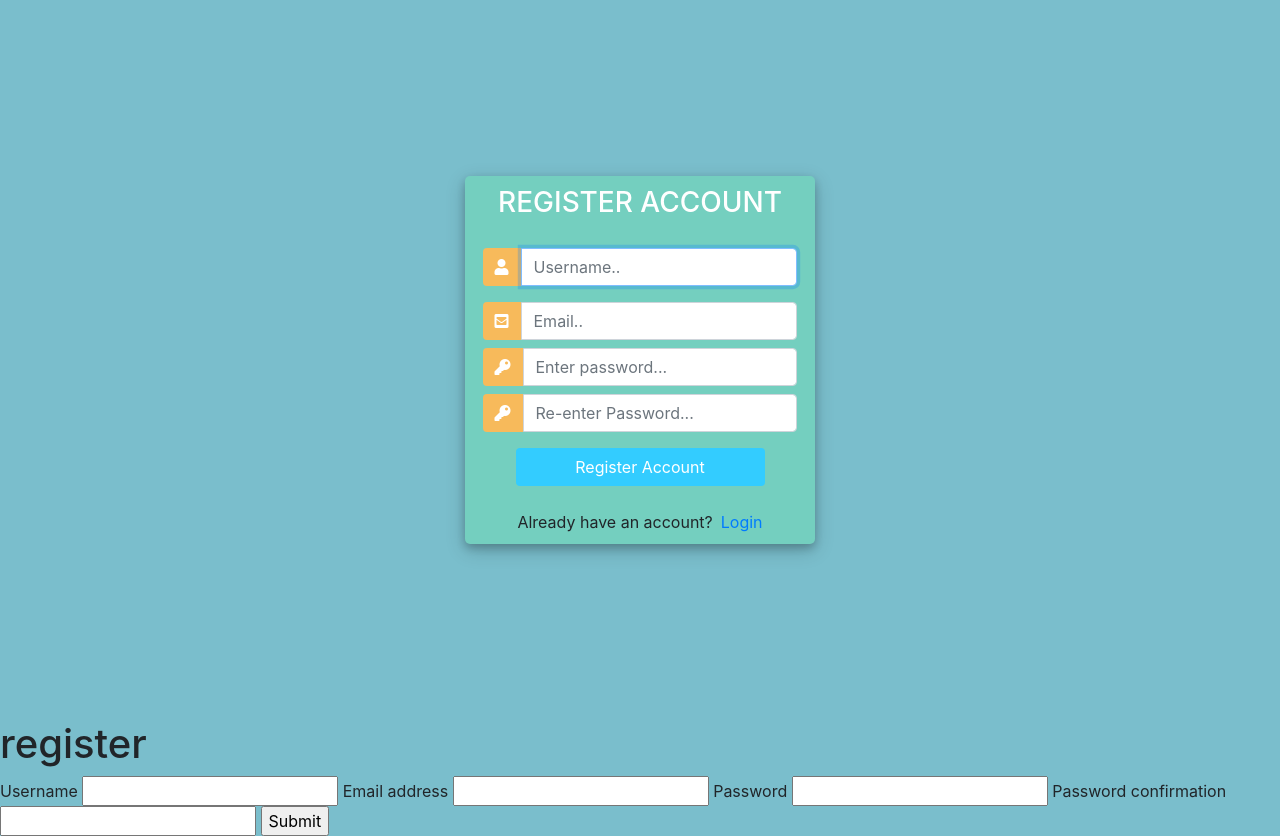
Repository: Abdaljawad-Aya/login-register-auth-validation-Django
Page: http://localhost/register/
These files come from the project's save history. The page is drawn as it stood at one moment and after the next save; the edit follows.
The browser window is 1280 px wide. The pictures show the whole page.
Some web libraries are served in a nearby version. The page is served by the project's application, run on Django 3.2 (project8/manage.py). Other server files are loaded and not shown.

Above is the page before, as saved 2021-03-11 22:17:31.

### project8/project8/templates/register.html
<!DOCTYPE html>
<html>

<head>
	<title>Login</title>
	<link rel="stylesheet" href="https://stackpath.bootstrapcdn.com/bootstrap/4.1.3/css/bootstrap.min.css" integrity="sha384-MCw98/SFnGE8fJT3GXwEOngsV7Zt27NXFoaoApmYm81iuXoPkFOJwJ8ERdknLPMO" crossorigin="anonymous">
	<script src="https://ajax.googleapis.com/ajax/libs/jquery/3.3.1/jquery.min.js"></script>
	<link rel="stylesheet" href="https://use.fontawesome.com/releases/v5.6.1/css/all.css" integrity="sha384-gfdkjb5BdAXd+lj+gudLWI+BXq4IuLW5IT+brZEZsLFm++aCMlF1V92rMkPaX4PP" crossorigin="anonymous">

	<style>
		body,
		html {
			margin: 0;
			padding: 0;
			height: 100%;
			background: #7abecc !important;
		}
		.user_card {
			width: 350px;
			margin-top: auto;
			margin-bottom: auto;
			background: #74cfbf;
			position: relative;
			display: flex;
			justify-content: center;
			flex-direction: column;
			padding: 10px;
			box-shadow: 0 4px 8px 0 rgba(0, 0, 0, 0.2), 0 6px 20px 0 rgba(0, 0, 0, 0.19);
			-webkit-box-shadow: 0 4px 8px 0 rgba(0, 0, 0, 0.2), 0 6px 20px 0 rgba(0, 0, 0, 0.19);
			-moz-box-shadow: 0 4px 8px 0 rgba(0, 0, 0, 0.2), 0 6px 20px 0 rgba(0, 0, 0, 0.19);
			border-radius: 5px;

		}

		.form_container {
			margin-top: 20px;
		}

		#form-title{
			color: #fff;
		}
		.login_btn {
			width: 100%;
			background: #33ccff !important;
			color: white !important;
		}
		.login_btn:focus {
			box-shadow: none !important;
			outline: 0px !important;
		}
		.login_container {
			padding: 0 2rem;
		}
		.input-group-text {
			background: #f7ba5b !important;
			color: white !important;
			border: 0 !important;
			border-radius: 0.25rem 0 0 0.25rem !important;
		}
		.input_user,
		.input_pass:focus {
			box-shadow: none !important;
			outline: 0px !important;
		}

	</style>

</head>
<body>
	<div class="container h-100">
		<div class="d-flex justify-content-center h-100">
			<div class="user_card">
				<div class="d-flex justify-content-center">
					<h3 id="form-title">REGISTER ACCOUNT</h3>
				</div>
				<div class="d-flex justify-content-center form_container">

					<form method="POST" action="">
            {% csrf_token %}

						<div class="input-group mb-3">
							<div class="input-group-append">
								<span class="input-group-text"><i class="fas fa-user"></i></span>
							</div>
							{{form.username}}
						</div>
						<div class="input-group mb-2">
							<div class="input-group-append">
								<span class="input-group-text"><i class="fas fa-envelope-square"></i></span>
							</div>
							  {{form.email}}

						</div>
						<div class="input-group mb-2">
							<div class="input-group-append">
								<span class="input-group-text"><i class="fas fa-key"></i></span>
							</div>
							  {{form.password1}}
						</div>
						<div class="input-group mb-2">
							<div class="input-group-append">
								<span class="input-group-text"><i class="fas fa-key"></i></span>
							</div>
							 {{form.password2}}
						</div>

				   		<div class="d-flex justify-content-center mt-3 login_container">
				 			<input class="btn login_btn" type="submit" value="Register Account">
				   		</div>
					</form>
				</div>

				<div class="mt-4">
					<div class="d-flex justify-content-center links">
						Already have an account? <a href="{% url 'login' %}" class="ml-2">Login</a>
					</div>
				</div>
			</div>
		</div>
	</div>
	<script>
						/* Because i didnt set placeholder values in forms.py they will be set here using vanilla Javascript
		//We start indexing at one because CSRF_token is considered and input field
		 */

		//Query All input fields
		var form_fields = document.getElementsByTagName('input')
		form_fields[1].placeholder='Username..';
		form_fields[2].placeholder='Email..';
		form_fields[3].placeholder='Enter password...';
		form_fields[4].placeholder='Re-enter Password...';


		for (var field in form_fields){
			form_fields[field].className += ' form-control'
		}
	</script>
</body>
</html>



<h1>register</h1>


<form method="POST" action>
  {% csrf_token %}
  {{form.username.label}}
  {{form.username}}

  {{form.email.label}}
  {{form.email}}

  {{form.password1.label}}
  {{form.password1}}

  {{form.password2.label}}
  {{form.password2}}
     <input type="submit" name="Create User">
</form>

### project8/project8/App/forms.py
from django.forms import ModelForm
from django.contrib.auth.forms import UserCreationForm
from django.contrib.auth.models import User
from django import forms

from .models import Data_Source



class OrderForm(ModelForm):
  class Meta:
          model  = Data_Source
          fields = '__all__'

class CreateUserForm(UserCreationForm):
    class Meta:
          model  = User
          fields = ['username','email','password1','password2']

### project8/project8/App/views.py
from django.shortcuts import render
from django.contrib.auth.forms import UserCreationForm


# Create your views here.
from .models import *
from .forms import OrderForm, CreateUserForm
from .filters import OrderFilters


def registerPage(request):
    form = CreateUserForm()

    if request.method == 'POST':
        form = CreateUserForm(request.POST)
        if form.is_valid():
              form.save()

    context ={'form':form}
    return render(request, '../templates/register.html', context)


def loginPage(request):
    context ={}
    return render(request, '../templates/login.html', context)

def index(request):
    return render(request , "index.html")

### project8/project8/project8/urls.py
"""project8 URL Configuration

The `urlpatterns` list routes URLs to views. For more information please see:
    https://docs.djangoproject.com/en/3.1/topics/http/urls/
Examples:
Function views
    1. Add an import:  from my_app import views
    2. Add a URL to urlpatterns:  path('', views.home, name='home')
Class-based views
    1. Add an import:  from other_app.views import Home
    2. Add a URL to urlpatterns:  path('', Home.as_view(), name='home')
Including another URLconf
    1. Import the include() function: from django.urls import include, path
    2. Add a URL to urlpatterns:  path('blog/', include('blog.urls'))
"""
from django.contrib import admin
from django.urls import path
from App import views

urlpatterns = [
    path('register/', views.registerPage, name="register"),
    path('login/', views.loginPage, name="login"),

    path('admin/', admin.site.urls),
    path('', views.index),
]

After the next save:
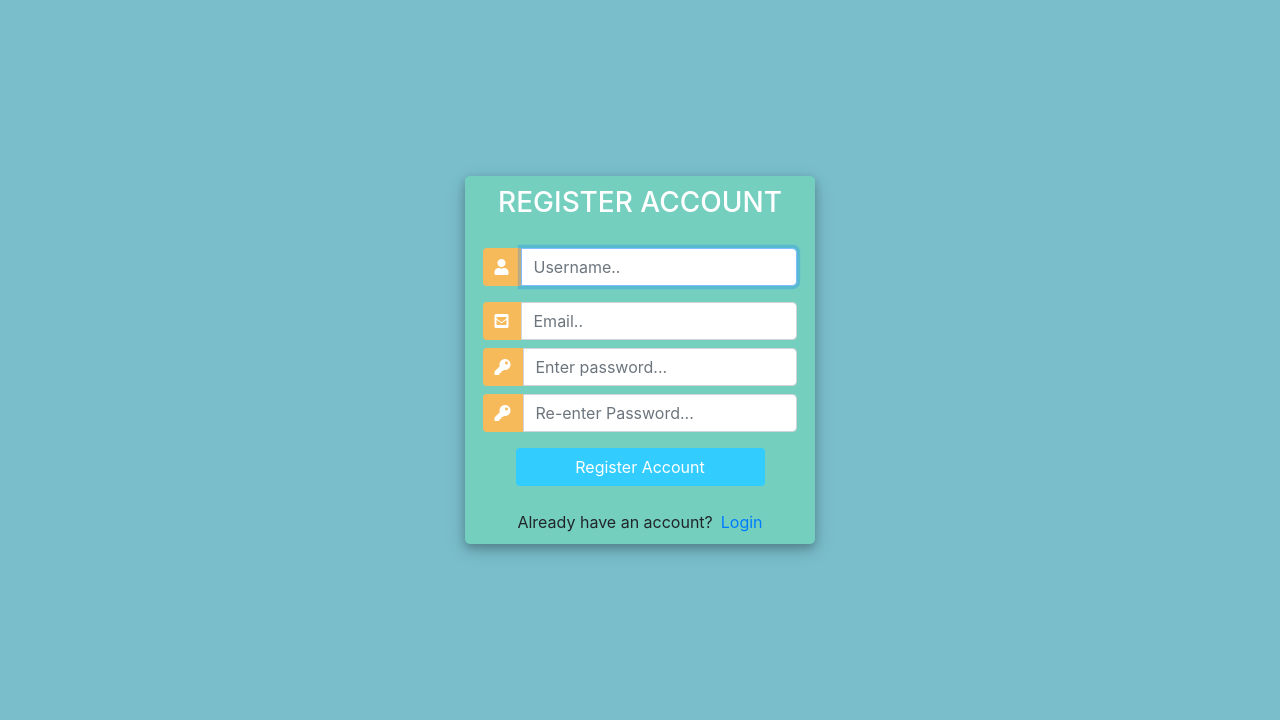
Saved 24 s later.
--- a/project8/project8/templates/register.html
+++ b/project8/project8/templates/register.html
@@ -140,7 +140,7 @@
 
 
 
-<h1>register</h1>
+{% comment %} <h1>register</h1>
 
 
 <form method="POST" action>
@@ -157,4 +157,4 @@
   {{form.password2.label}}
   {{form.password2}}
      <input type="submit" name="Create User">
-</form>
+</form> {% endcomment %}
